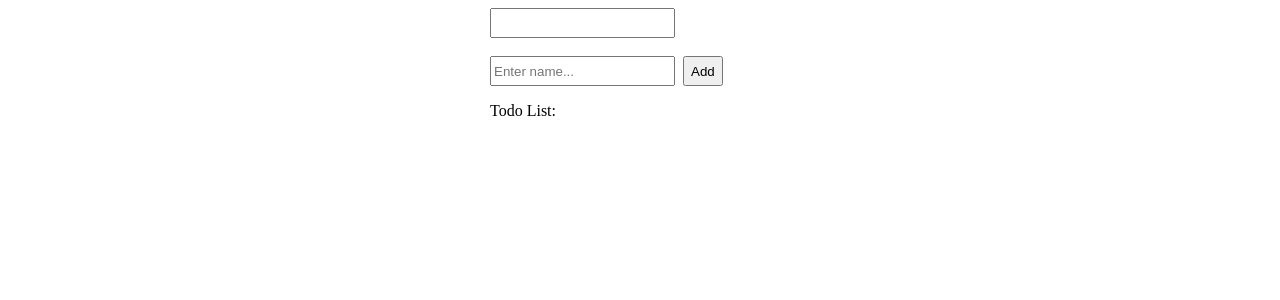
Repository: dohuuxuyen/redux-todolist
Page: /
An editor plug-in stored every save of this project. The page is shown before and after the next save, followed by the edit.
The browser window is 1280 px wide. The pictures show the whole page.
The project was rebuilt for these pictures with package versions that can differ from the ones it lists, and the page was loaded fresh each time.

Above is the page before, as saved 2022-04-30 15:02:01.

After the next save:
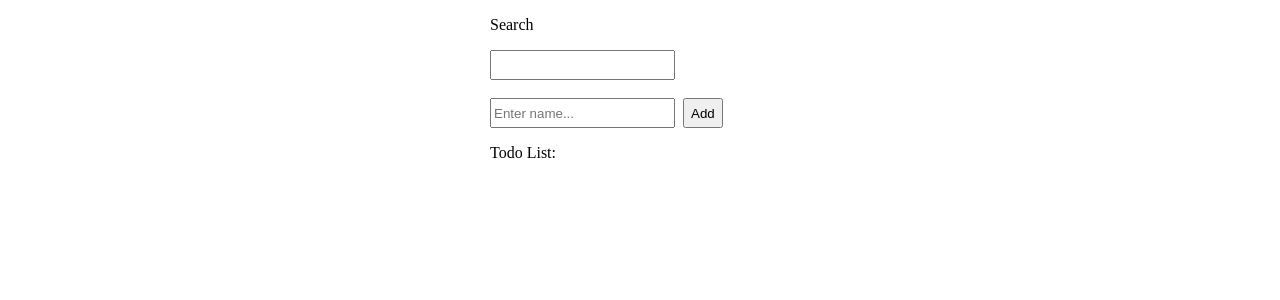
Saved 25 s later.
--- a/src/components/Filter/FilterSearch.jsx
+++ b/src/components/Filter/FilterSearch.jsx
@@ -3,6 +3,7 @@ import React from "react";
 const FilterSearch = () => {
   return (
     <div>
+      <p>Search</p>
       <input style={{ height: "24px" }} />
     </div>
   );
